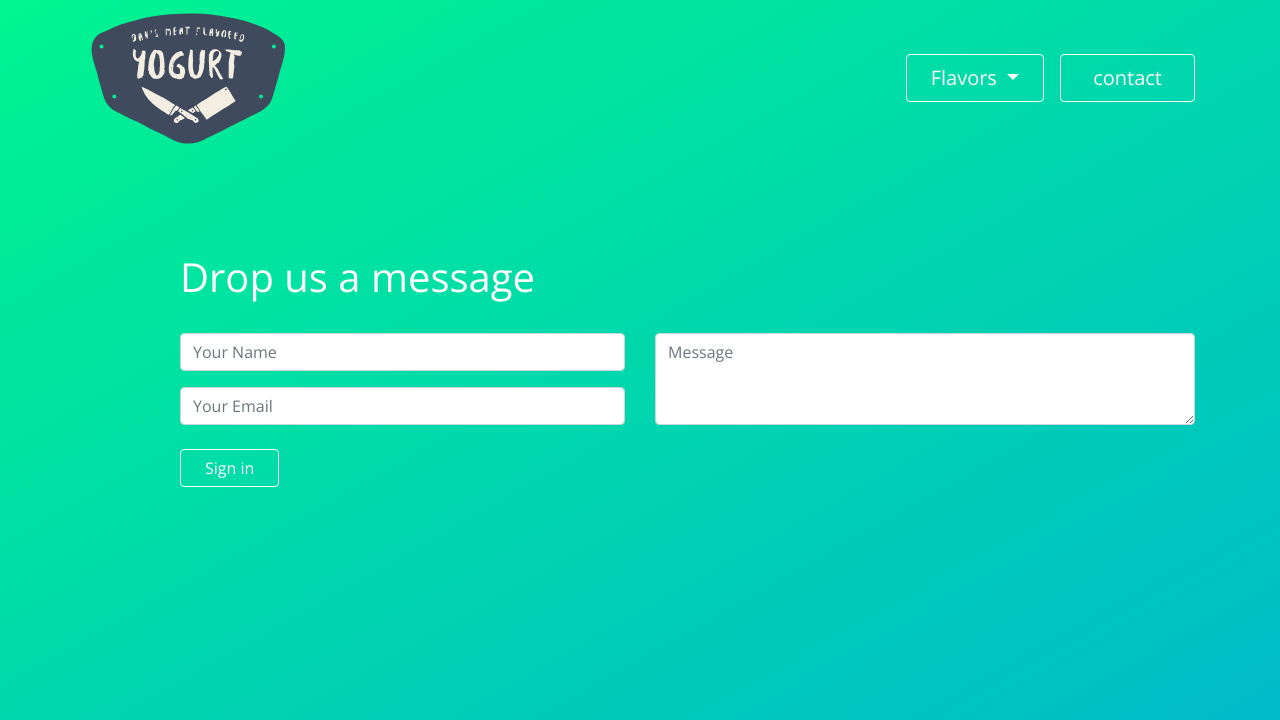
Repository: hoangnam180/Huyen
Page: Form.html
The author's editor kept a copy of each file at every save. The page is drawn from the files as they stood at one save, then again after the next save.
The browser window is 1280 px wide. The pictures show the whole page.

Above is the page before, as saved 2021-12-03 19:17:49.
Not found: space.scss

After the next save:
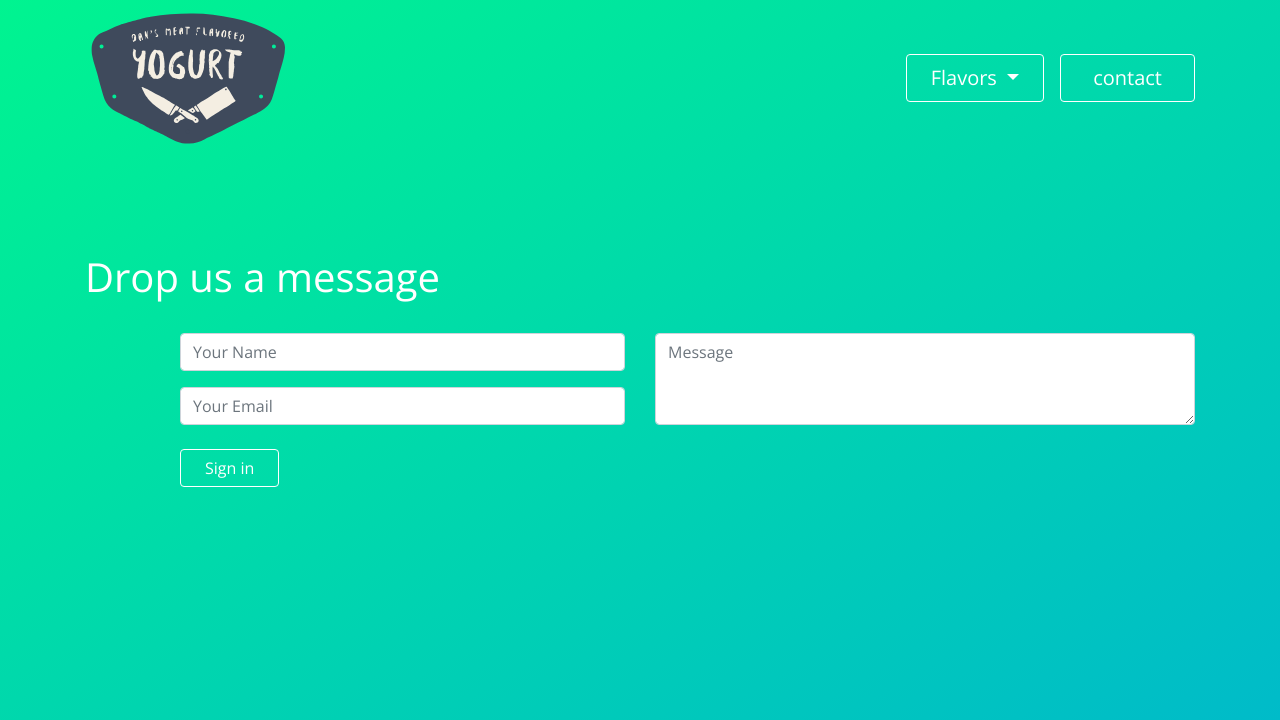
Saved 28 min 51 s later.
--- a/Form.html
+++ b/Form.html
@@ -54,7 +54,7 @@
     <!-- end nav -->
     <div class="form">
         <div class="row ">
-            <div class="col-11 offset-1 mt-5"><h1 class="text-white mt-5">Drop us a message</h1></div>
+            <div class="col-11 offset-1 col-md-12 offset-md-0 mt-5"><h1 class="text-white mt-5">Drop us a message</h1></div>
         </div>
         <div class="row mt-4">
             <div class="col-12 col-md-5 offset-1">

After the save that followed:
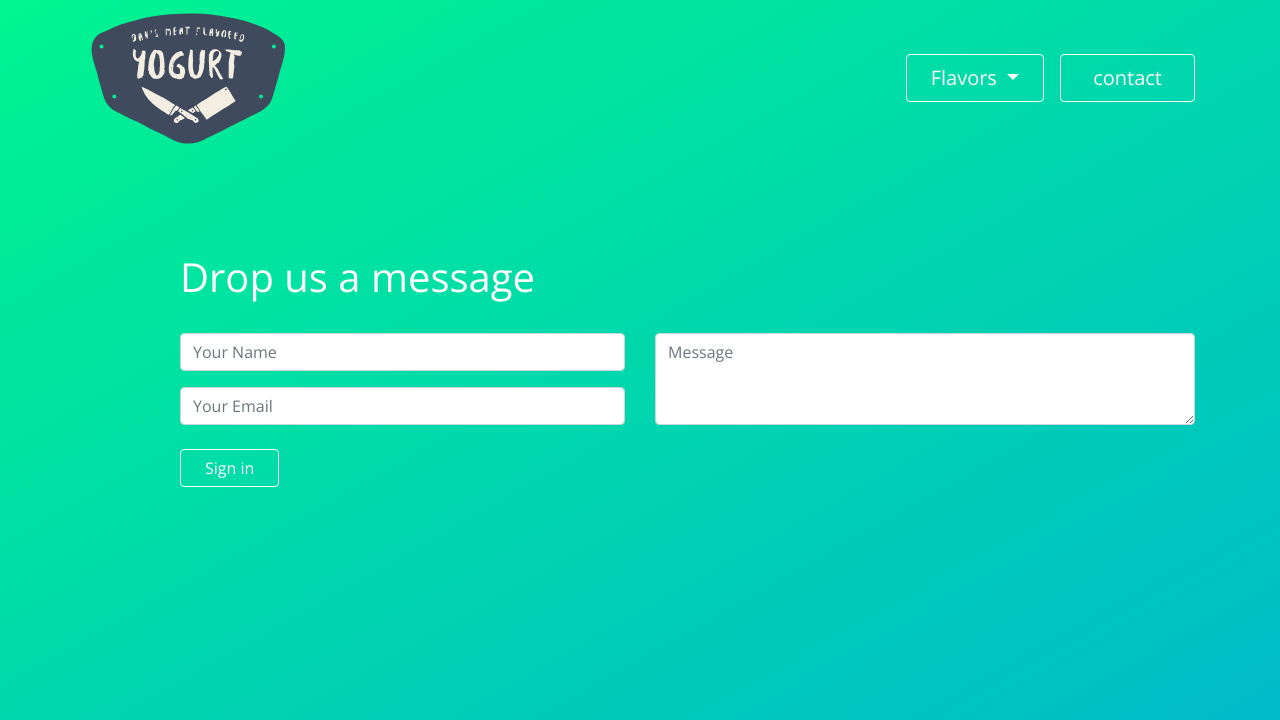
Saved 63 s later.
--- a/Form.html
+++ b/Form.html
@@ -54,7 +54,7 @@
     <!-- end nav -->
     <div class="form">
         <div class="row ">
-            <div class="col-11 offset-1 col-md-12 offset-md-0 mt-5"><h1 class="text-white mt-5">Drop us a message</h1></div>
+            <div class="col-12 offset-0 col-md-11 offset-md-1 mt-5"><h1 class="text-white mt-5">Drop us a message</h1></div>
         </div>
         <div class="row mt-4">
             <div class="col-12 col-md-5 offset-1">
